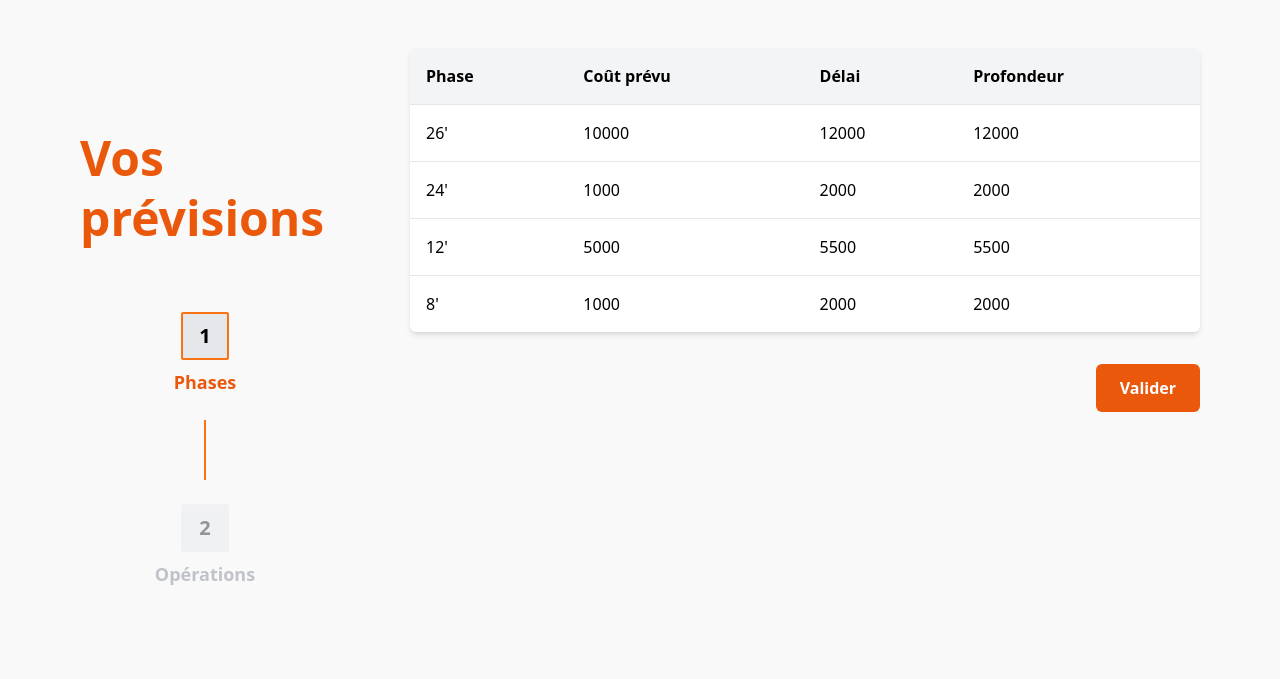
Repository: 123455675848484848484884848484/Projet_2cs
Page: /phasepre (app in front/)
The author's editor kept a copy of each file at every save. The page is drawn from the files as they stood at one save, then again after the next save.
The browser window is 1280 px wide. The pictures show the whole page.
The project was rebuilt for these pictures with package versions that can differ from the ones it lists, and the page was loaded fresh each time. Also part of the build but not shown: front/src/App.css, front/src/LancerPuit.jsx, front/src/InformationPuit.jsx, front/src/MesPuits.jsx.

Above is the page before, as saved 2025-04-24 09:09:26.

### front/src/App.jsx
import './App.css';
import React from "react";
import LancerPuit from './LancerPuit';
import InformationPuit from './InformationPuit';
import { BrowserRouter as Router, Routes, Route } from "react-router-dom";

import MesPuits from './MesPuits';
import PhasesPrevision from './PhasesPrevision';

function App() {
  return (
   <Router>
   <Routes>
     <Route path="/" element={<LancerPuit />} />
     <Route path="/info-puit" element={<InformationPuit />} />
     <Route path="/mespuits" element={<MesPuits />} />
     <Route path="/phasepre" element={<PhasesPrevision />} />
  </Routes>
    </Router>

  );
}

export default App;

### front/src/PhasesPrevision.jsx
import React, { useEffect, useState } from "react";
import { Link } from "react-router-dom";

const PhasesPrevision = () => {
  const [phases, setPhases] = useState([]);

  // Simulation de récupération depuis une BDD ou API
  useEffect(() => {
    const fetchedPhases = [
      { nom: "26'", cout: 10000, delai: 12000, profondeur: 12000 },
      { nom: "24'", cout: 1000, delai: 2000, profondeur: 2000 },
      { nom: "12'", cout: 5000, delai: 5500, profondeur: 5500 },
      { nom: "8'", cout: 1000, delai: 2000, profondeur: 2000 },
    ];
    setPhases(fetchedPhases);
  }, []);

  return (
    <div className="min-h-screen flex bg-[#f9f9f9] px-20 py-12">
      {/* Colonne de gauche : Navigation verticale */}
      <div className="w-[250px] flex flex-col items-center pt-20">
        <h1 className="text-[48px] font-bold text-orange-600 leading-tight mb-16 text-left w-full">
          Vos prévisions
        </h1>
        <div className="flex flex-col items-center gap-6">
          <div className="flex flex-col items-center">
            <div className="w-12 h-12 rounded-sm bg-gray-200 flex items-center justify-center text-xl font-bold border-2 border-orange-500 text-black">
              1
            </div>
            <span className="text-orange-600 mt-2 font-semibold text-lg">Phases</span>
          </div>
          <div className="h-[60px] w-[2px] bg-orange-500" />
          <div className="flex flex-col items-center opacity-40">
            <div className="w-12 h-12 rounded-sm bg-gray-200 flex items-center justify-center text-xl font-bold">
              2
            </div>
            <Link to="/operations" className="mt-2 text-lg font-semibold text-gray-500">
              Opérations
            </Link>
          </div>
        </div>
      </div>

      {/* Contenu de droite : tableau */}
      <div className="flex-1 pl-20">
        <div className="bg-white rounded-md overflow-hidden shadow-md">
          <table className="w-full text-left">
            <thead className="bg-gray-100">
              <tr>
                <th className="p-4 font-semibold">Phase</th>
                <th className="p-4 font-semibold">Coût prévu</th>
                <th className="p-4 font-semibold">Délai</th>
                <th className="p-4 font-semibold">Profondeur</th>
              </tr>
            </thead>
            <tbody>
              {phases.map((phase, index) => (
                <tr key={index} className="border-t">
                  <td className="p-4">{phase.nom}</td>
                  <td className="p-4">{phase.cout}</td>
                  <td className="p-4">{phase.delai}</td>
                  <td className="p-4">{phase.profondeur}</td>
                </tr>
              ))}
            </tbody>
          </table>
        </div>

        {/* Bouton Valider */}
        <div className="flex justify-end mt-8">
          <button className="bg-orange-600 hover:bg-orange-700 text-white px-6 py-3 rounded-md font-semibold text-[16px]">
            Valider
          </button>
        </div>
      </div>
    </div>
  );
};

export default PhasesPrevision;

Loaded but not shown: front/public/index.html (common file); front/src/index.js (common file); front/src/index.css (common file); front/src/reportWebVitals.js (common file); front/tailwind.config.js (common file)

After the next save:
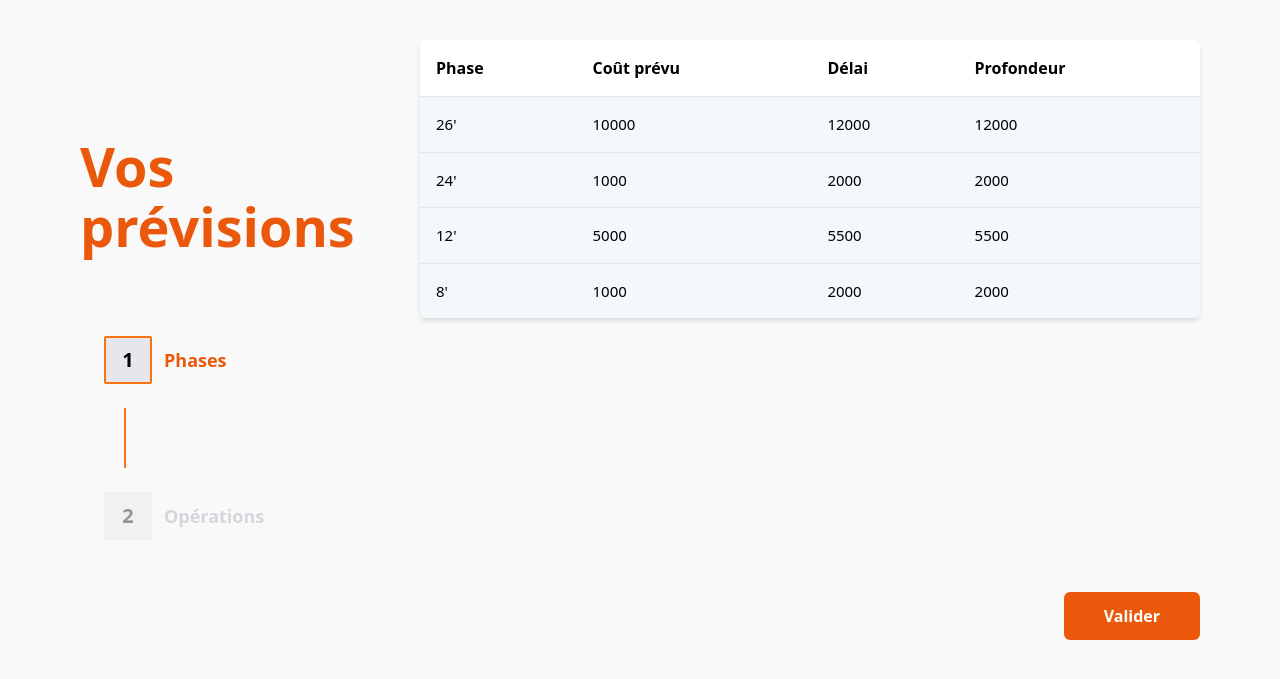
Saved 2 min 40 s later.
--- a/front/src/PhasesPrevision.jsx
+++ b/front/src/PhasesPrevision.jsx
@@ -4,7 +4,6 @@ import { Link } from "react-router-dom";
 const PhasesPrevision = () => {
   const [phases, setPhases] = useState([]);
 
-  // Simulation de récupération depuis une BDD ou API
   useEffect(() => {
     const fetchedPhases = [
       { nom: "26'", cout: 10000, delai: 12000, profondeur: 12000 },
@@ -16,37 +15,35 @@ const PhasesPrevision = () => {
   }, []);
 
   return (
-    <div className="min-h-screen flex bg-[#f9f9f9] px-20 py-12">
-      {/* Colonne de gauche : Navigation verticale */}
-      <div className="w-[250px] flex flex-col items-center pt-20">
-        <h1 className="text-[48px] font-bold text-orange-600 leading-tight mb-16 text-left w-full">
-          Vos prévisions
+    <div className="min-h-screen flex bg-[#f9f9f9] px-20 pt-10 pb-20">
+      {/* Colonne de gauche */}
+      <div className="w-[300px] pt-24">
+        <h1 className="text-[54px] font-bold text-orange-600 leading-[60px] mb-20">
+          Vos<br />prévisions
         </h1>
-        <div className="flex flex-col items-center gap-6">
-          <div className="flex flex-col items-center">
+        <div className="flex flex-col items-start gap-6 ml-6">
+          <div className="flex items-center gap-3">
             <div className="w-12 h-12 rounded-sm bg-gray-200 flex items-center justify-center text-xl font-bold border-2 border-orange-500 text-black">
               1
             </div>
-            <span className="text-orange-600 mt-2 font-semibold text-lg">Phases</span>
+            <span className="text-orange-600 font-semibold text-lg">Phases</span>
           </div>
-          <div className="h-[60px] w-[2px] bg-orange-500" />
-          <div className="flex flex-col items-center opacity-40">
+          <div className="h-[60px] w-[2px] bg-orange-500 ml-5" />
+          <div className="flex items-center gap-3 opacity-40">
             <div className="w-12 h-12 rounded-sm bg-gray-200 flex items-center justify-center text-xl font-bold">
               2
             </div>
-            <Link to="/operations" className="mt-2 text-lg font-semibold text-gray-500">
-              Opérations
-            </Link>
+            <span className="text-gray-400 font-semibold text-lg">Opérations</span>
           </div>
         </div>
       </div>
 
-      {/* Contenu de droite : tableau */}
-      <div className="flex-1 pl-20">
-        <div className="bg-white rounded-md overflow-hidden shadow-md">
+      {/* Contenu de droite */}
+      <div className="flex-1 pl-10 flex flex-col justify-between">
+        <div className="bg-[#f3f8fa] rounded-md overflow-hidden shadow-md">
           <table className="w-full text-left">
-            <thead className="bg-gray-100">
-              <tr>
+            <thead className="bg-white">
+              <tr className="text-[16px]">
                 <th className="p-4 font-semibold">Phase</th>
                 <th className="p-4 font-semibold">Coût prévu</th>
                 <th className="p-4 font-semibold">Délai</th>
@@ -55,20 +52,19 @@ const PhasesPrevision = () => {
             </thead>
             <tbody>
               {phases.map((phase, index) => (
-                <tr key={index} className="border-t">
-                  <td className="p-4">{phase.nom}</td>
-                  <td className="p-4">{phase.cout}</td>
-                  <td className="p-4">{phase.delai}</td>
-                  <td className="p-4">{phase.profondeur}</td>
+                <tr key={index} className="border-t border-gray-200">
+                  <td className="p-4 text-[15px]">{phase.nom}</td>
+                  <td className="p-4 text-[15px]">{phase.cout}</td>
+                  <td className="p-4 text-[15px]">{phase.delai}</td>
+                  <td className="p-4 text-[15px]">{phase.profondeur}</td>
                 </tr>
               ))}
             </tbody>
           </table>
         </div>
 
-        {/* Bouton Valider */}
         <div className="flex justify-end mt-8">
-          <button className="bg-orange-600 hover:bg-orange-700 text-white px-6 py-3 rounded-md font-semibold text-[16px]">
+          <button className="bg-orange-600 hover:bg-orange-700 text-white px-10 py-3 rounded-md font-semibold text-[16px]">
             Valider
           </button>
         </div>
